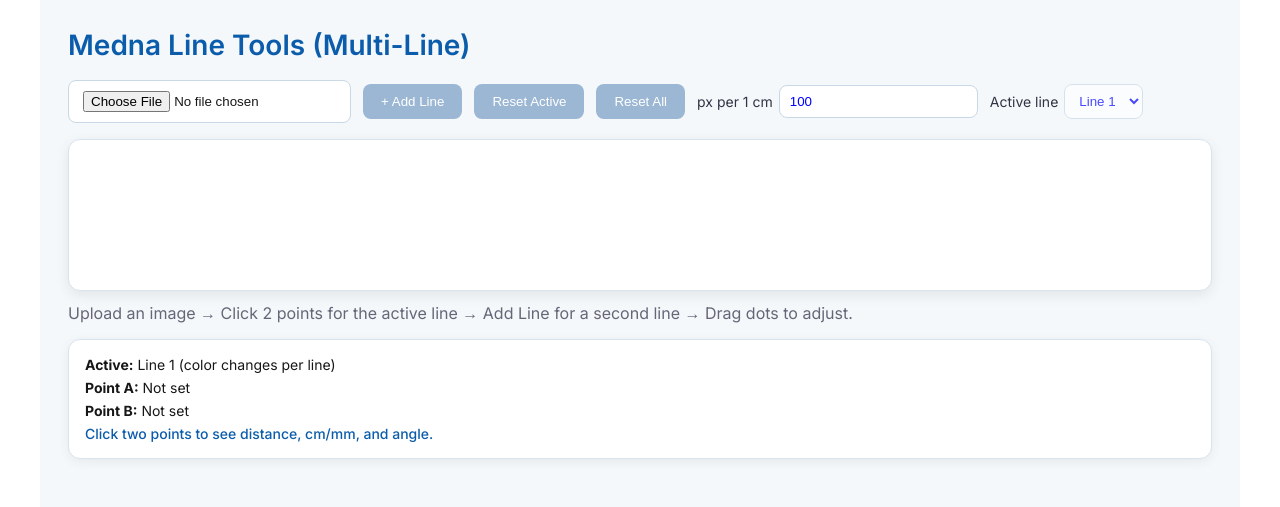
Repository: Sumaiya43/medna-tools
Page: /
The author's editor kept a copy of each file at every save. The page is drawn from the files as they stood at one save, then again after the next save.
The browser window is 1280 px wide. The pictures show the whole page.
The project was rebuilt for these pictures with package versions that can differ from the ones it lists, and the page was loaded fresh each time. The framework's server and built-in components were replaced by stand-ins that run in the browser. Also part of the build but not shown: next.config.mjs.

Above is the page before, as saved 2026-02-26 16:28:09.

### src/app/layout.js
import { Geist, Geist_Mono } from "next/font/google";
import "./globals.css";

const geistSans = Geist({
  variable: "--font-geist-sans",
  subsets: ["latin"],
});

const geistMono = Geist_Mono({
  variable: "--font-geist-mono",
  subsets: ["latin"],
});

export const metadata = {
  title: "Medna Medical Equipment",
  description:
    "Medna Medical Equipment is a leading provider of high-quality medical equipment and supplies. We offer a wide range of products to meet the needs of healthcare professionals and institutions. Our commitment to excellence and customer satisfaction sets us apart in the industry.",
};

export default function RootLayout({ children }) {
  return (
    <html lang="en">
      <body className={`${geistSans.variable} ${geistMono.variable}`}>
        {children}
      </body>
    </html>
  );
}

### src/app/page.js
"use client";

import { useRef, useState } from "react";
import styles from "./page.module.css";

export default function Home() {
  const canvasRef = useRef(null);

  const [imgObj, setImgObj] = useState(null);

  // Multiple lines: each line = { A: {x,y} | null, B: {x,y} | null }
  const [lines, setLines] = useState([{ A: null, B: null }]);
  const [activeIndex, setActiveIndex] = useState(0);

  // Drag info: which line + which point ("A" or "B")
  const [drag, setDrag] = useState({ lineIndex: null, point: null });

  // Size of dots + easier grabbing
  const dotSize = 12;
  const grabPadding = 6;

  // ✅ Calibration for cm/mm (simple input)
  // Example: if 100 pixels = 1 cm, set pxPerCm = 100
  const [pxPerCm, setPxPerCm] = useState(100);

  // --- Helpers ---
  function getCanvasPoint(e) {
    const canvas = canvasRef.current;
    const rect = canvas.getBoundingClientRect();

    // Fix mismatch when canvas is scaled by CSS
    const scaleX = canvas.width / rect.width;
    const scaleY = canvas.height / rect.height;

    const x = (e.clientX - rect.left) * scaleX;
    const y = (e.clientY - rect.top) * scaleY;

    return { x, y };
  }

  function dist(p1, p2) {
    const dx = p1.x - p2.x;
    const dy = p1.y - p2.y;
    return Math.sqrt(dx * dx + dy * dy);
  }

  function hitTest(point, dotCenter) {
    if (!dotCenter) return false;
    return dist(point, dotCenter) <= dotSize + grabPadding;
  }

  function lineColor(i) {
    // simple repeating colors
    const colors = ["#FFD166", "#4D96FF", "#FF6B6B", "#6BCB77", "#9B5DE5"];
    return colors[i % colors.length];
  }

  // Draw everything: image + all lines
  function drawAll(image, linesToDraw) {
    const canvas = canvasRef.current;
    if (!canvas) return;
    const ctx = canvas.getContext("2d");
    if (!ctx) return;

    canvas.width = image.width;
    canvas.height = image.height;

    ctx.clearRect(0, 0, canvas.width, canvas.height);
    ctx.drawImage(image, 0, 0);

    linesToDraw.forEach((ln, i) => {
      const { A, B } = ln;

      // line
      if (A && B) {
        ctx.beginPath();
        ctx.moveTo(A.x, A.y);
        ctx.lineTo(B.x, B.y);
        ctx.lineWidth = 4;
        ctx.strokeStyle = lineColor(i);
        ctx.stroke();
      }

      // dots
      if (A) {
        ctx.beginPath();
        ctx.arc(A.x, A.y, dotSize, 0, Math.PI * 2);
        ctx.fillStyle = "#00b16a"; // green
        ctx.fill();
      }
      if (B) {
        ctx.beginPath();
        ctx.arc(B.x, B.y, dotSize, 0, Math.PI * 2);
        ctx.fillStyle = "#ff4d4d"; // red
        ctx.fill();
      }

      // active line label
      if (A) {
        ctx.font = "16px Arial";
        ctx.fillStyle = i === activeIndex ? "#111" : "#555";
        ctx.fillText(`L${i + 1}`, A.x + 14, A.y - 14);
      }
    });
  }

  // --- Upload ---
  function handleUpload(e) {
    const file = e.target.files?.[0];
    if (!file) return;

    const url = URL.createObjectURL(file);
    const image = new Image();

    image.onload = () => {
      setImgObj(image);
      setLines([{ A: null, B: null }]);
      setActiveIndex(0);
      setDrag({ lineIndex: null, point: null });
      drawAll(image, [{ A: null, B: null }]);
    };

    image.src = url;
  }

  // --- Line actions ---
  function addNewLine() {
    setLines((prev) => {
      const next = [...prev, { A: null, B: null }];
      return next;
    });
    setActiveIndex(lines.length); // new line becomes active
    if (imgObj) drawAll(imgObj, [...lines, { A: null, B: null }]);
  }

  function resetActiveLine() {
    if (!imgObj) return;

    setLines((prev) => {
      const next = prev.map((ln, i) =>
        i === activeIndex ? { A: null, B: null } : ln,
      );
      drawAll(imgObj, next);
      return next;
    });

    setDrag({ lineIndex: null, point: null });
  }

  function resetAllLines() {
    if (!imgObj) return;

    const fresh = [{ A: null, B: null }];
    setLines(fresh);
    setActiveIndex(0);
    setDrag({ lineIndex: null, point: null });
    drawAll(imgObj, fresh);
  }

  // --- Clicking to set points on active line ---
  function handleCanvasClick(e) {
    if (!imgObj) return;
    if (drag.point) return; // ignore click if dragging

    const p = getCanvasPoint(e);

    setLines((prev) => {
      const next = prev.map((ln, i) => {
        if (i !== activeIndex) return ln;

        // First click sets A, second click sets B
        if (!ln.A) return { ...ln, A: p };
        if (!ln.B) return { ...ln, B: p };

        // If both set, do nothing on click (you will drag to adjust)
        return ln;
      });

      drawAll(imgObj, next);
      return next;
    });
  }

  // --- Dragging: detect which dot was grabbed (any line) ---
  function handleMouseDown(e) {
    if (!imgObj) return;

    const p = getCanvasPoint(e);

    // Check active line first (feels nicer), then others
    const order = [
      activeIndex,
      ...lines.map((_, i) => i).filter((i) => i !== activeIndex),
    ];

    for (const i of order) {
      const ln = lines[i];

      if (hitTest(p, ln.A)) {
        setDrag({ lineIndex: i, point: "A" });
        setActiveIndex(i);
        return;
      }
      if (hitTest(p, ln.B)) {
        setDrag({ lineIndex: i, point: "B" });
        setActiveIndex(i);
        return;
      }
    }
  }

  function handleMouseMove(e) {
    if (!imgObj) return;
    if (!drag.point) return;

    const p = getCanvasPoint(e);

    setLines((prev) => {
      const next = prev.map((ln, i) => {
        if (i !== drag.lineIndex) return ln;
        if (drag.point === "A") return { ...ln, A: p };
        return { ...ln, B: p };
      });

      drawAll(imgObj, next);
      return next;
    });
  }

  function handleMouseUp() {
    if (!drag.point) return;
    setDrag({ lineIndex: null, point: null });
  }

  // --- Measurements for active line ---
  const activeLine = lines[activeIndex] || { A: null, B: null };
  const A = activeLine.A;
  const B = activeLine.B;

  let distancePx = null;
  let distanceCm = null;
  let distanceMm = null;
  let angleDeg = null;

  if (A && B) {
    const dx = B.x - A.x;
    const dy = B.y - A.y;

    distancePx = Math.sqrt(dx * dx + dy * dy);
    angleDeg = (Math.atan2(dy, dx) * 180) / Math.PI;

    // Convert px -> cm -> mm
    // cm = pixels / pxPerCm
    // mm = cm * 10
    if (pxPerCm > 0) {
      distanceCm = distancePx / pxPerCm;
      distanceMm = distanceCm * 10;
    }
  }

  return (
    <main className={styles.main}>
      <h1 className={styles.title}>Medna Line Tools (Multi-Line)</h1>

      <div className={styles.controls}>
        <input
          className={styles.upload}
          type="file"
          accept="image/*"
          onChange={handleUpload}
        />

        <button className={styles.btn} onClick={addNewLine} disabled={!imgObj}>
          + Add Line
        </button>

        <button
          className={styles.btn}
          onClick={resetActiveLine}
          disabled={!imgObj}
        >
          Reset Active
        </button>

        <button
          className={styles.btn}
          onClick={resetAllLines}
          disabled={!imgObj}
        >
          Reset All
        </button>

        <label className={styles.label}>
          px per 1 cm
          <input
            className={styles.smallInput}
            type="number"
            min="1"
            step="1"
            value={pxPerCm}
            onChange={(e) => setPxPerCm(Number(e.target.value))}
            disabled={!imgObj}
          />
        </label>

        <label className={styles.label}>
          Active line
          <select
            className={styles.smallInput}
            value={activeIndex}
            onChange={(e) => setActiveIndex(Number(e.target.value))}
            disabled={!imgObj}
          >
            {lines.map((_, i) => (
              <option key={i} value={i}>
                Line {i + 1}
              </option>
            ))}
          </select>
        </label>
      </div>

      <div className={styles.canvasBox}>
        <canvas
          ref={canvasRef}
          className={styles.canvas}
          onClick={handleCanvasClick}
          onMouseDown={handleMouseDown}
          onMouseMove={handleMouseMove}
          onMouseUp={handleMouseUp}
          onMouseLeave={handleMouseUp}
        />
      </div>

      {!imgObj && (
        <p className={styles.note}>
          Upload an image → Click 2 points for the active line → Add Line for a
          second line → Drag dots to adjust.
        </p>
      )}

      <div className={styles.infoBox}>
        <div>
          <b>Active:</b> Line {activeIndex + 1} (color changes per line)
        </div>
        <div>
          <b>Point A:</b>{" "}
          {A ? `${A.x.toFixed(1)}, ${A.y.toFixed(1)}` : "Not set"}
        </div>
        <div>
          <b>Point B:</b>{" "}
          {B ? `${B.x.toFixed(1)}, ${B.y.toFixed(1)}` : "Not set"}
        </div>

        {A && B ? (
          <>
            <div>
              <b>Distance:</b> {distancePx.toFixed(2)} px
            </div>
            <div>
              <b>Distance:</b>{" "}
              {distanceCm !== null
                ? `${distanceCm.toFixed(2)} cm`
                : "Set px per cm"}
            </div>
            <div>
              <b>Distance:</b>{" "}
              {distanceMm !== null
                ? `${distanceMm.toFixed(1)} mm`
                : "Set px per cm"}
            </div>
            <div>
              <b>Angle:</b> {angleDeg.toFixed(2)}°
            </div>
            <div className={styles.tip}>
              Tip: You can drag green/red dots on ANY line to move it.
            </div>
          </>
        ) : (
          <div className={styles.tip}>
            Click two points to see distance, cm/mm, and angle.
          </div>
        )}
      </div>
    </main>
  );
}

### src/app/globals.css
:root {
  --background: #ffffff;
  --foreground: #171717;
}

@media (prefers-color-scheme: dark) {
  :root {
    --background: #f2efef;
    --foreground: #090808;
  }
}

html,
body {
  max-width: 100vw;
  overflow-x: hidden;
}

body {
  color: var(--foreground);
  background: var(--background);
  font-family: Arial, Helvetica, sans-serif;
  -webkit-font-smoothing: antialiased;
  -moz-osx-font-smoothing: grayscale;
}

* {
  box-sizing: border-box;
  padding: 0;
  margin: 0;
}

a {
  color: inherit;
  text-decoration: none;
}

@media (prefers-color-scheme: dark) {
  html {
    color-scheme: dark;
  }
}

### src/app/page.module.css
/* Import medical-style font */
@import url("https://fonts.googleapis.com/css2?family=Inter:wght@300;400;500;600;700&display=swap");

.main {
  max-width: 1200px;
  margin: 0 auto;
  padding: 28px;
  font-family: "Inter", sans-serif;
  background: #f4f8fb;
  min-height: 100vh;
}

/* Heading */
.title {
  font-size: 28px;
  font-weight: 600;
  color: #0b5cab;
  margin-bottom: 18px;

  /* animation */
  animation: fadeSlide 0.6s ease;
}

@keyframes fadeSlide {
  from {
    opacity: 0;
    transform: translateY(-12px);
  }
  to {
    opacity: 1;
    transform: translateY(0);
  }
}

/* Controls bar */
.controls {
  display: flex;
  flex-wrap: wrap;
  gap: 12px;
  align-items: center;
  margin-bottom: 16px;
}

/* Upload */
.upload {
  padding: 10px 14px;
  border-radius: 8px;
  border: 1px solid #c9d8e6;
  background: white;
  cursor: pointer;
  transition: 0.2s;
}

.upload:hover {
  border-color: #0b5cab;
}

/* MEDNA style buttons */
.btn {
  padding: 10px 18px;
  border-radius: 8px;
  border: none;
  background: linear-gradient(135deg, #0b5cab, #0f7bdc);
  color: white;
  font-weight: 500;
  cursor: pointer;
  transition: all 0.25s ease;

  box-shadow: 0 2px 6px rgba(0, 0, 0, 0.12);
}

.btn:hover {
  transform: translateY(-2px);
  box-shadow: 0 6px 14px rgba(11, 92, 171, 0.25);
}

.btn:active {
  transform: translateY(0px);
}

.btn:disabled {
  background: #9bb7d4;
  cursor: not-allowed;
  box-shadow: none;
}

/* Inputs */
.label {
  font-size: 14px;
  color: #334;
  display: flex;
  align-items: center;
  gap: 6px;
}

.smallInput {
  padding: 8px 10px;
  border-radius: 8px;
  border: 1px solid #c9d8e6;
  background: white;
  color: blue;
}

.smallInput:focus {
  outline: none;
  border-color: #0b5cab;
  box-shadow: 0 0 0 2px rgba(11, 92, 171, 0.15);
}

/* Canvas container */
.canvasBox {
  border-radius: 12px;
  background: white;
  max-height: 450px;
  overflow: auto;

  box-shadow: 0 4px 14px rgba(0, 0, 0, 0.08);

  border: 1px solid #d9e3ee;

  transition: 0.3s;
}

.canvasBox:hover {
  box-shadow: 0 8px 20px rgba(0, 0, 0, 0.12);
}

.canvas {
  display: block;
  max-width: 100%;
  cursor: crosshair;
}

/* Info panel */
.infoBox {
  margin-top: 16px;
  padding: 16px;
  border-radius: 12px;

  background: white;

  border: 1px solid #d9e3ee;

  box-shadow: 0 3px 12px rgba(0, 0, 0, 0.06);

  font-size: 14px;

  display: grid;
  gap: 6px;

  animation: fadeSlide 0.5s ease;
}

.note {
  margin-top: 12px;
  color: #667;
}

.tip {
  color: #0b5cab;
  font-weight: 500;
}

After the next save:
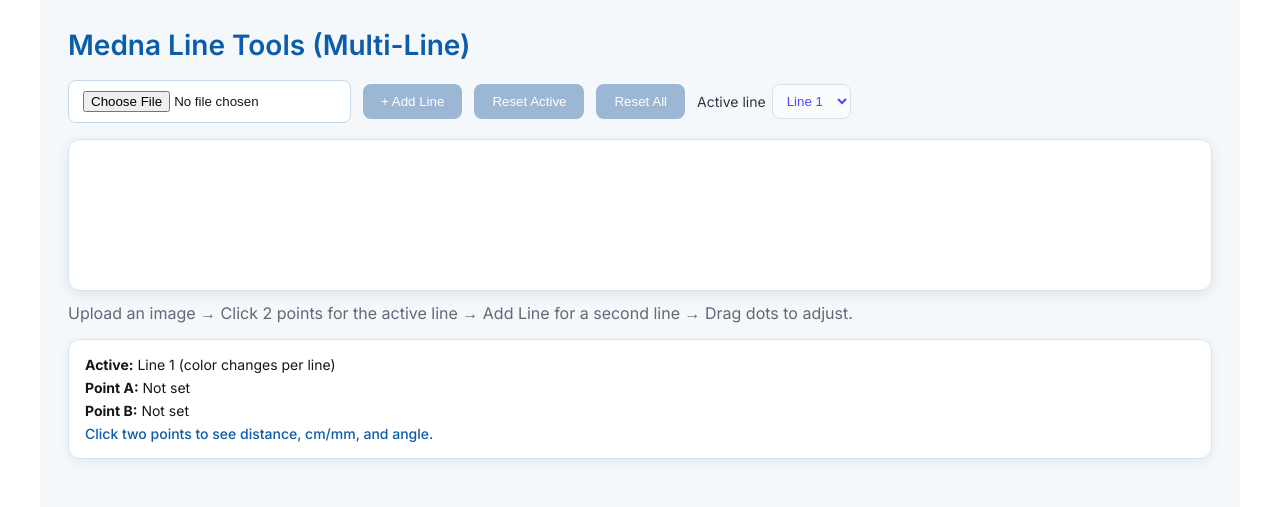
Saved 76 s later.
--- a/src/app/page.js
+++ b/src/app/page.js
@@ -290,7 +290,7 @@
           Reset All
         </button>
 
-        <label className={styles.label}>
+        {/* <label className={styles.label}>
           px per 1 cm
           <input
             className={styles.smallInput}
@@ -301,7 +301,7 @@
             onChange={(e) => setPxPerCm(Number(e.target.value))}
             disabled={!imgObj}
           />
-        </label>
+        </label> */}
 
         <label className={styles.label}>
           Active line

After the save that followed:
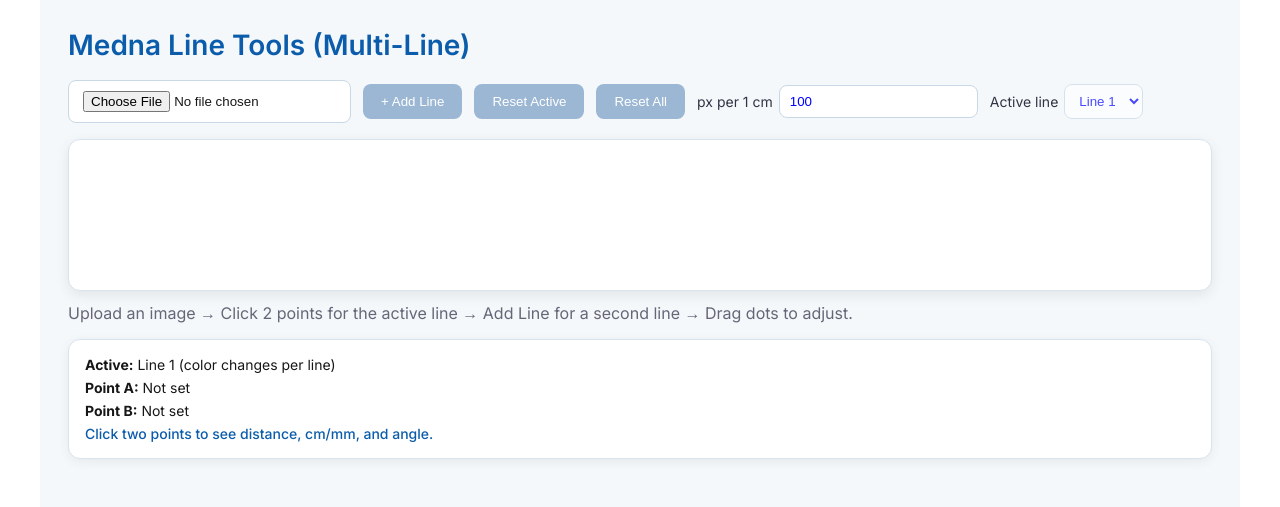
Saved 48 s later.
--- a/src/app/page.js
+++ b/src/app/page.js
@@ -290,7 +290,7 @@
           Reset All
         </button>
 
-        {/* <label className={styles.label}>
+        <label className={styles.label}>
           px per 1 cm
           <input
             className={styles.smallInput}
@@ -301,7 +301,7 @@
             onChange={(e) => setPxPerCm(Number(e.target.value))}
             disabled={!imgObj}
           />
-        </label> */}
+        </label>
 
         <label className={styles.label}>
           Active line
